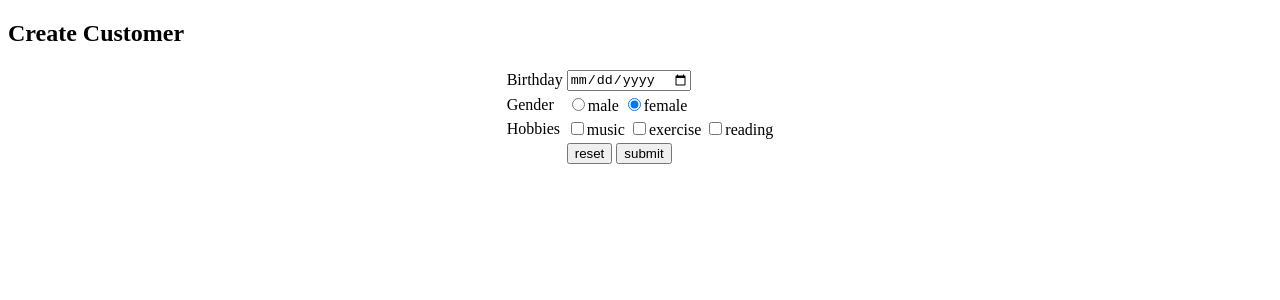
Repository: zoooolander/systex_prac_javaee
Page: http://localhost/myWeb/customer/createCustomer2.jsp
An editor plug-in stored every save of this project. The page is shown before and after the next save, followed by the edit.
The browser window is 1280 px wide. The pictures show the whole page.
The page is served by Tomcat 10. Other server files are loaded and not shown.

Above is the page before, as saved 2024-09-20 07:52:58.

### myWeb/src/main/webapp/customer/createCustomer2.jsp
<%@ page language="java" contentType="text/html; charset=UTF-8"
    pageEncoding="UTF-8"%>
<!DOCTYPE html>
<html>
<head>
<meta charset="UTF-8">
<title>Insert title here</title>
</head>
<body>
	<h2>Create Customer</h2>
	<form action="createCustomer.do" method="post">
	<input type="hidden" name="action" value="cc2"/>
	<table border="0" style="margin: auto">
			<tbody>
				<tr>
					<td>Birthday</td>
					<td><input type="date" name="birth" value="${ param.birth}"/></td>
				</tr>
				<tr>
					<td>Gender</td>
						<td><%
						String isMale = "";
						String isFemale = "";
						String gender = request.getParameter("gender");
						if ("male".equals(gender)) {
							isMale = "checked";
						} else {
							isFemale = "checked";
						}
						%> <input type="radio" name="gender" value="male" <%= isMale %>/>male
							<input type="radio" name="gender" value="female" <%= isFemale %>/>female
						</td>
				</tr>
				<tr>
					<td>Hobbies</td>
					<td><%
					String musicSelected = "";
					String exerciseSelected = "";
					String readingSelected = "";
					String[] habits = request.getParameterValues("habit");
					if (habits != null) {
						for (String habit : habits) {
							if (habit.equals("music")) {
								musicSelected = "checked";
							}
							if (habit.equals("exercise")) {
								musicSelected = "checked";
							}
							if (habit.equals("reading")) {
								musicSelected = "checked";
							}
						}
					}
					%> <input type="checkbox" name="habit" value="music" <%= musicSelected %>/>music
						<input type="checkbox" name="habit" value="exercise"<%= exerciseSelected %> />exercise
						<input type="checkbox" name="habit" value="reading" <%= readingSelected%>/>reading
					</td>
				</tr>
				<tr>
					<td></td>
					<td><input type="reset" value="reset" /> <input type="submit"
						value="submit" /></td>
				</tr>
			</tbody>
		</table>
</body>
</html>

### myWeb/src/main/webapp/style/myStyle.css
@charset "UTF-8";

body {
	text-align: center;
	margin: auto;
}

h1,h2 {
	color: #369;
}

After the next save:
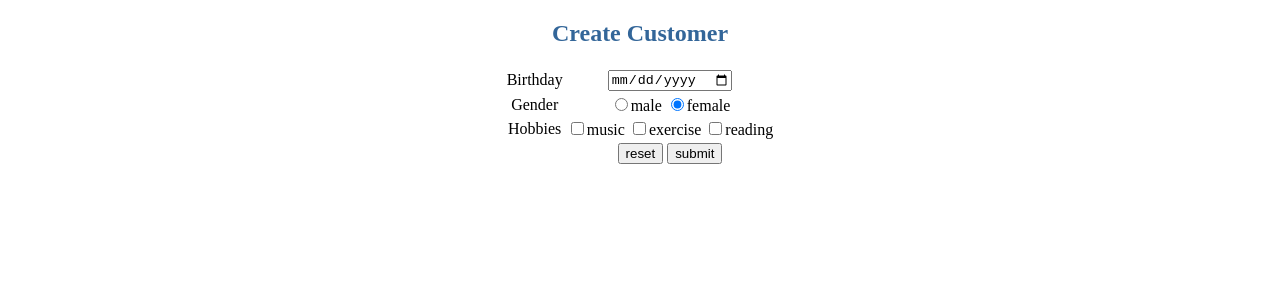
Saved 3 min 51 s later.
--- a/myWeb/src/main/webapp/customer/createCustomer2.jsp
+++ b/myWeb/src/main/webapp/customer/createCustomer2.jsp
@@ -6,6 +6,8 @@
 <meta charset="UTF-8">
 <title>Insert title here</title>
 </head>
+<link href="<%=request.getContextPath()%>/style/myStyle.css"
+	rel="stylesheet"></link>
 <body>
 	<h2>Create Customer</h2>
 	<form action="createCustomer.do" method="post">
